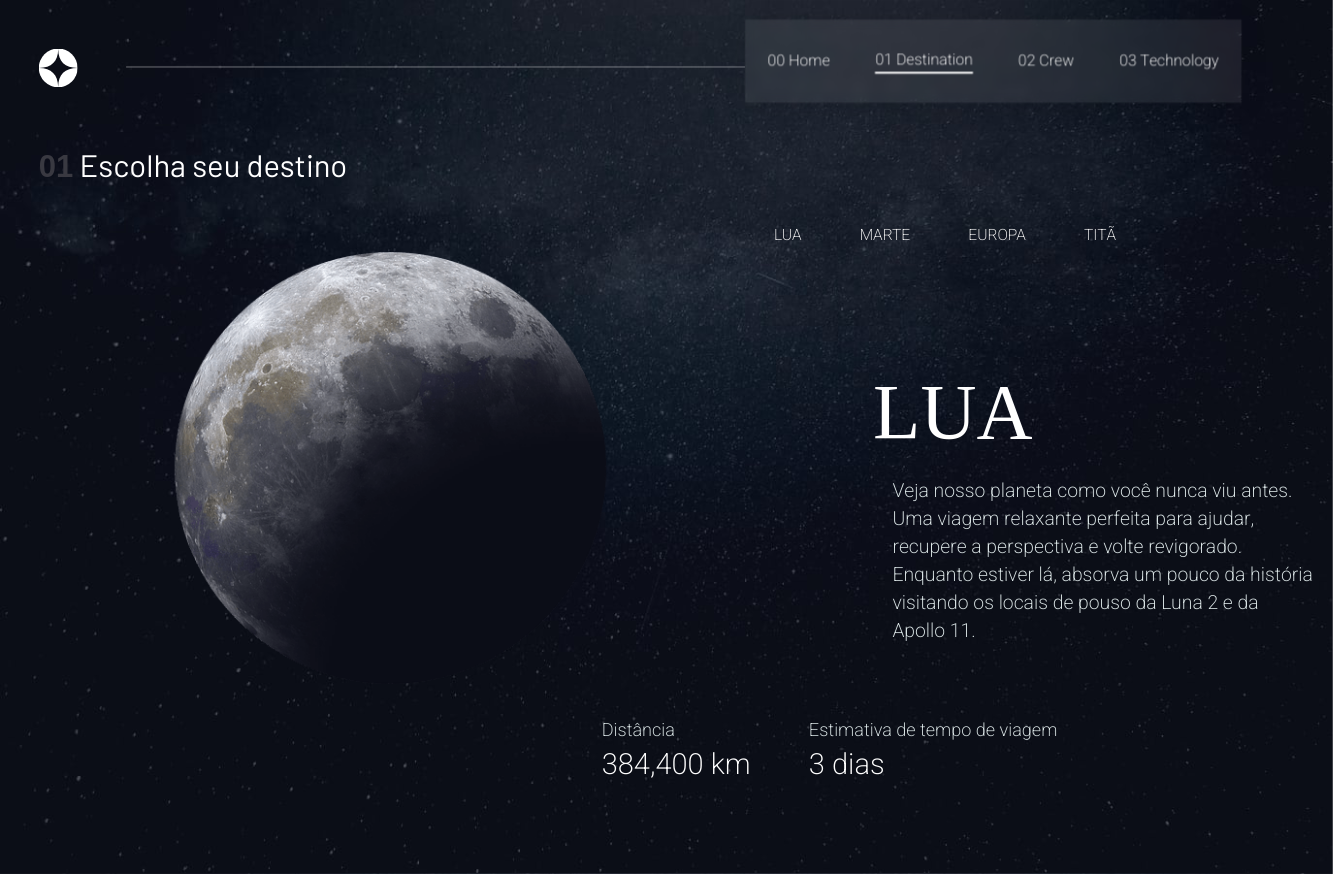
Repository: Leonngc/space-site
Page: space-tourism-website-main/space-tourism-website-main/starter-code/destination-moon.html
The author's editor kept a copy of each file at every save. The page is drawn from the files as they stood at one save, then again after the next save.
The browser window is 1280 px wide. The page is 1374 px wide, so the pictures cover 1374 px, including what lies to the right of the window. The pictures show the whole page, at 97% of full size.

Above is the page before, as saved 2023-04-30 00:47:24.

### space-tourism-website-main/space-tourism-website-main/starter-code/destination-moon.html
<!DOCTYPE html>
<html lang="en">
<head>
  <meta charset="UTF-8">
  <meta name="viewport" content="width=device-width, initial-scale=1.0">

  <link rel="icon" type="image/png" sizes="32x32" href="./assets/favicon-32x32.png">
  <link rel="stylesheet" href="styles/menu.css">
  <link rel="stylesheet" href="styles/destination.css">
  <script src="script/menu.js" defer></script>
  <title>Frontend Mentor | Space tourism website</title>
</head>
<body>

  <header>
    <img src="assets/shared/logo.svg" alt="" class="logo">

    <div class="line"></div>
    <nav>
      <button class="menu-button"><i class="fi fi-br-menu-burger"></i></button>
      <ul class="menu">
      <li class="item-menu"><a href="#">00 Home</a></li>
      <li class="item-menu page-active"><a href="#">01 Destination</a></li>
      <li class="item-menu"><a href="#">02 Crew</a></li>
      <li class="item-menu"><a href="#">03 Technology</a></li>
      </ul>
    </nav>

  </header>

<main>

    <h1><strong>01</strong> Escolha seu destino</h1>

    <ul class="nav-travel">
      <li class="travel-destiny"><a href="">Lua</a></li>
      <li class="travel-destiny"><a href="">Marte</a></li>
      <li class="travel-destiny"><a href="">Europa</a></li>
      <li class="travel-destiny"><a href="">Titã</a></li>
    </ul>

    <div class="destination-container">
      <img src="assets/destination/image-moon.png" alt="">

      <div class="destination-info">
        <h2>Lua</h2>
        <p>
          Veja nosso planeta como você nunca viu antes. Uma viagem relaxante perfeita para ajudar,
          recupere a perspectiva e volte revigorado. Enquanto estiver lá, absorva um pouco da história
          visitando os locais de pouso da Luna 2 e da Apollo 11.
        </p>
      </div>
    </div>
   <div class="travel-container">
     <div class="info-travel">
       <h3>Distância</h3>
        <span>384,400 km</span>
     </div>

      <div class="info-travel">
        <h3>Estimativa de tempo de viagem</h3>
        <span>3 dias</span>
      </div>
   </div>

</main>
</body>
</html>

### space-tourism-website-main/space-tourism-website-main/starter-code/styles/menu.css
@import url('https://fonts.googleapis.com/css2?family=Heebo:wght@200&display=swap');

*{
    padding: 0;
    margin: 0;
}

body{
    overflow-x: hidden;
}

header{
    display: flex;
    justify-content: space-between;
}

.menu{
    margin-top: 20px;
    display: flex;
    width: 40vw ;
    height: 12vh;
    position: relative;
    list-style: none;
    background: rgba(255, 255, 255, 0.21);
    background: rgba(255, 255, 255, 0.08);
    box-shadow: 0 4px 30px rgba(0, 0, 0, 0.1);
    backdrop-filter: blur(5px);
    -webkit-backdrop-filter: blur(5px);
}

.item-menu{
    margin: auto;
}

.item-menu a{
    text-decoration: none;
    font-family: 'Heebo', sans-serif;
    color: white;
}


.line{
    background-color:  rgba(255, 255, 255, 0.21);

    height: 2px;
    width: 1110px;
    margin-top: 68px;
    margin-left: 30px;
}

.logo{
    margin-top: 30px;
    margin-left: 20px;
    width: 40px;
    height: 40px;
    padding: 20px;
}

.page-active{
    border-bottom: 2px solid white;
}

ul li > a:hover{
    font-size: 18px;
    transition: 2s;
}

.menu-button{
    display: none;
}



@media screen and (max-width: 990px){
    .line{
        display: none;
    }

    body{
        background-image: url(../assets/home/background-home-mobile.jpg) !important;
    }

    .menu{
        position: absolute;
        right: 0;
        width: 70vw;
        height: 90vh;
        display: flex;
        margin: 0;
        border-top-left-radius: 30px;
        border-bottom-left-radius: 30px;
        transform: translateX(100%);
        transition: transform 0.6s ease-in;
        background: rgba(255, 255, 255, 0.346);
        background: rgba(0, 0, 0, 0.47);
        box-shadow: 0 4px 30px rgba(0, 0, 0, 0.1);
        backdrop-filter: blur(5px);
        -webkit-backdrop-filter: blur(5px);
    }

    ul{
        flex-direction: column;
    }


    .menu li{
       color: white;
       font-size: 18px;
       font-weight: bold;
    }

    .menu-button{
        display: block;
        font-size: 40px;
        color: white;
        background: none;
        border: none;
        padding: 10px;
        margin-top: 40px;
    }

    ul.active{
        transform: translateX(0);
    }
}

### space-tourism-website-main/space-tourism-website-main/starter-code/styles/destination.css
@import url('https://fonts.googleapis.com/css2?family=Barlow&display=swap');
@import url('https://fonts.googleapis.com/css2?family=Heebo:wght@200&display=swap');
/*  font-family: 'Barlow', sans-serif;
    font-family: 'Heebo', sans-serif;
*/

:root{
    --title-font: 'Barlow';
    --paragraph-font: 'Heebo';
}

*{
    padding: 0;
    margin: 0;
}

body{
    max-width: 100vw;
    background-image: url(../assets/destination/background-destination-desktop.jpg);
}

main{
    color: white;
}

h1{
    font-family: var(--title-font);
    padding: 40px;
    font-weight: 100;
}

strong{
    color: #393941;
    font-family: Arial, Helvetica, sans-serif;
}

.nav-travel{
    width: 40vw;
    list-style: none;
    display: flex;
    float: right;
}

.nav-travel a{
    text-decoration: none;
    text-transform: uppercase;
    color: #f0f0f0;
    font-family: var(--paragraph-font);
    padding: 30px;
}

.destination-container{
    margin-left: 30px;
}

.destination-container > img{
    margin-left: 120px;
    padding: 30px;
}


.destination-info{
    width: 37vw;
    position: absolute;
    top: 380px;
    left: 900px;
}

.destination-info h2{
    font-size: 80px;
    font-weight: 200;
    font-family: serif;
    text-transform: uppercase;
}

.destination-info p{
    font-family: var(--paragraph-font);
    font-size: 20px;
    padding: 20px;
    font-weight: lighter;
    text-align: start;
    color: #dbe5e6;
}

.travel-container{
    float: right;
    display: flex;
    padding: 0px;
    flex-wrap: wrap;
    margin-bottom: 90px;
    margin-right: 160px;
}

.info-travel{
    font-family: var(--paragraph-font);
    padding: 0px 30px 0px 30px;
}


.info-travel h3{
    font-weight: lighter;
    color: #dbe5e6;
}

.info-travel > span{
    font-size: 30px;
}

### space-tourism-website-main/space-tourism-website-main/starter-code/script/menu.js
class MobileNavbar{
    constructor(mobileMenu, navList, navLink){
        this.mobileMenu = document.querySelector(mobileMenu);
        this.navList = document.querySelector(navList);
        this.navLink = document.querySelector(navLink);
        this.activeClass = "active";
        this.handleClick = this.handleClick.bind(this)
    }

    handleClick(){
        this.navList.classList.toggle(this.activeClass);
        this.mobileMenu.classList.toggle(this.activeClass)
    }

    addClickEvent(){
        this.mobileMenu.addEventListener("click", this.handleClick);
    }

    init(){
        if(this.mobileMenu){
            this.addClickEvent();
        }
        return this;
    }
}

const mobileNavbar = new MobileNavbar(
    "nav",
    "ul",
    "ul li",
);

mobileNavbar.init()

After the next save:
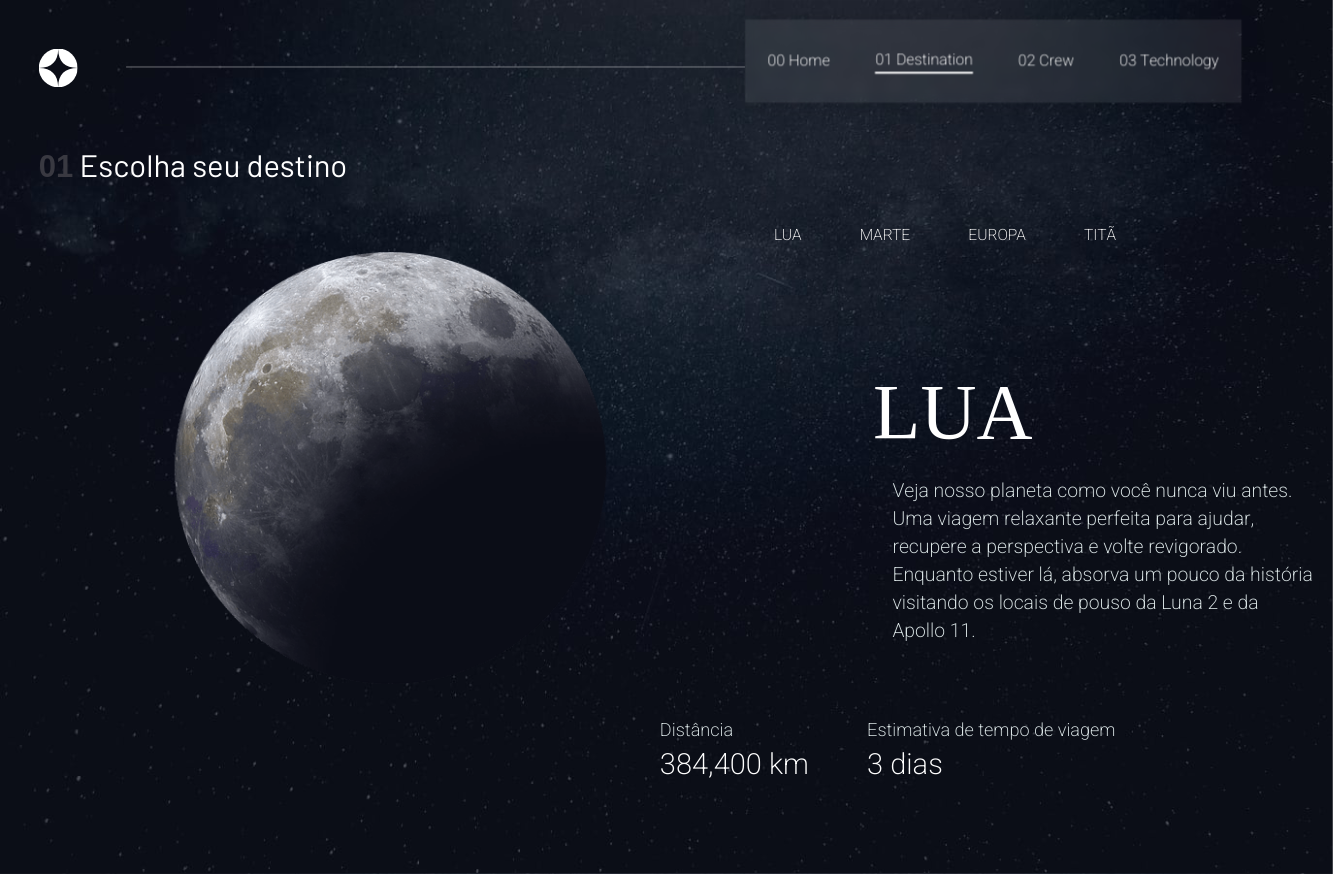
Saved 8 s later.
--- a/space-tourism-website-main/space-tourism-website-main/starter-code/styles/destination.css
+++ b/space-tourism-website-main/space-tourism-website-main/starter-code/styles/destination.css
@@ -88,7 +88,7 @@ strong{
     padding: 0px;
     flex-wrap: wrap;
     margin-bottom: 90px;
-    margin-right: 160px;
+    margin-right: 100px;
 }
 
 .info-travel{
